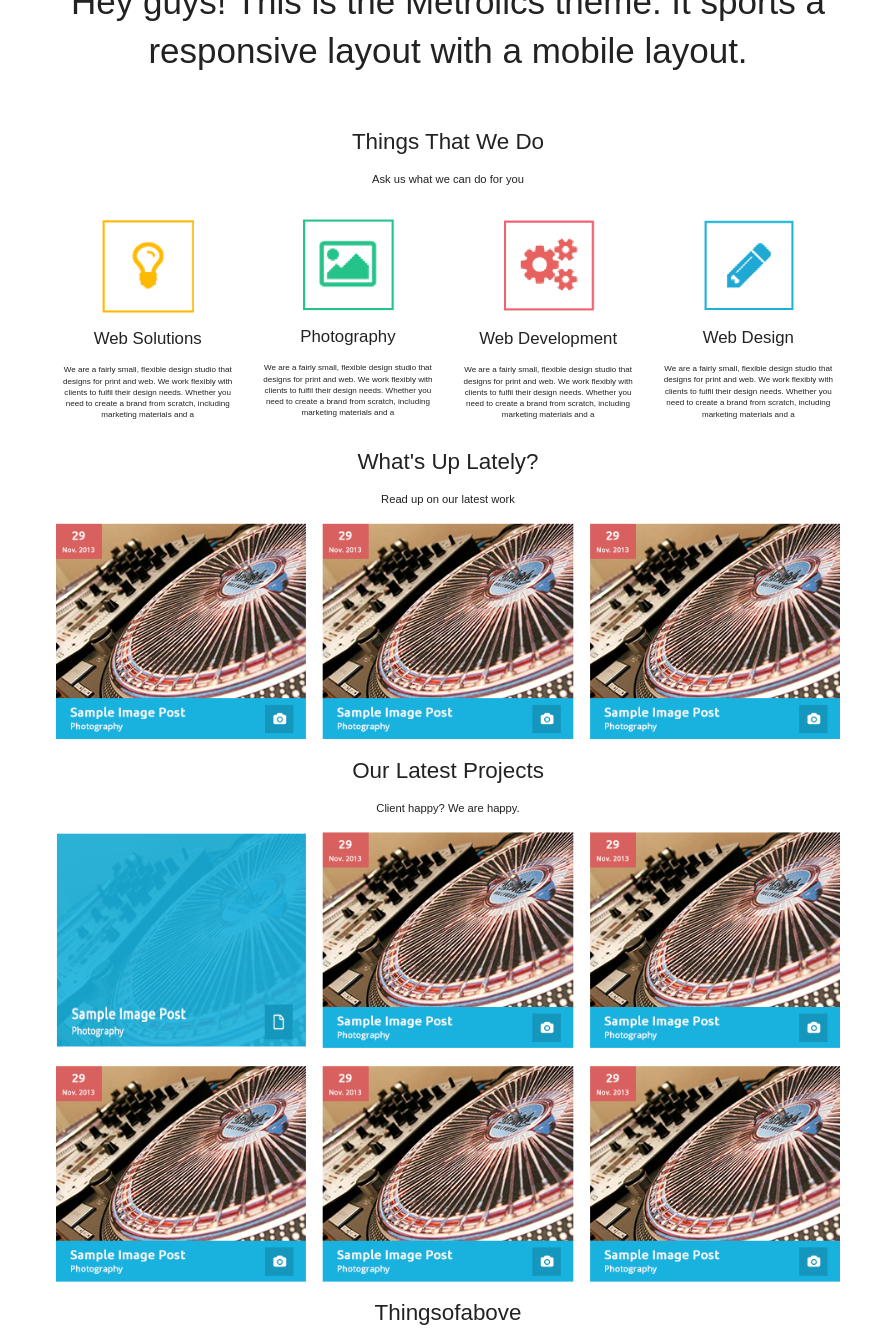
Repository: anoncoderin/madhu_kushal_html_layout
Page: metrosite_week4hw/index.html
The author's editor kept a copy of each file at every save. The page is drawn from the files as they stood at one save, then again after the next save.
The browser window is 1280 px wide. The pictures show the part of the page from y = 640 to 2560 px (the page is 3282 px tall), at 70% of full size.

Above is the page before, as saved 2023-02-04 17:47:46.

After the next save:
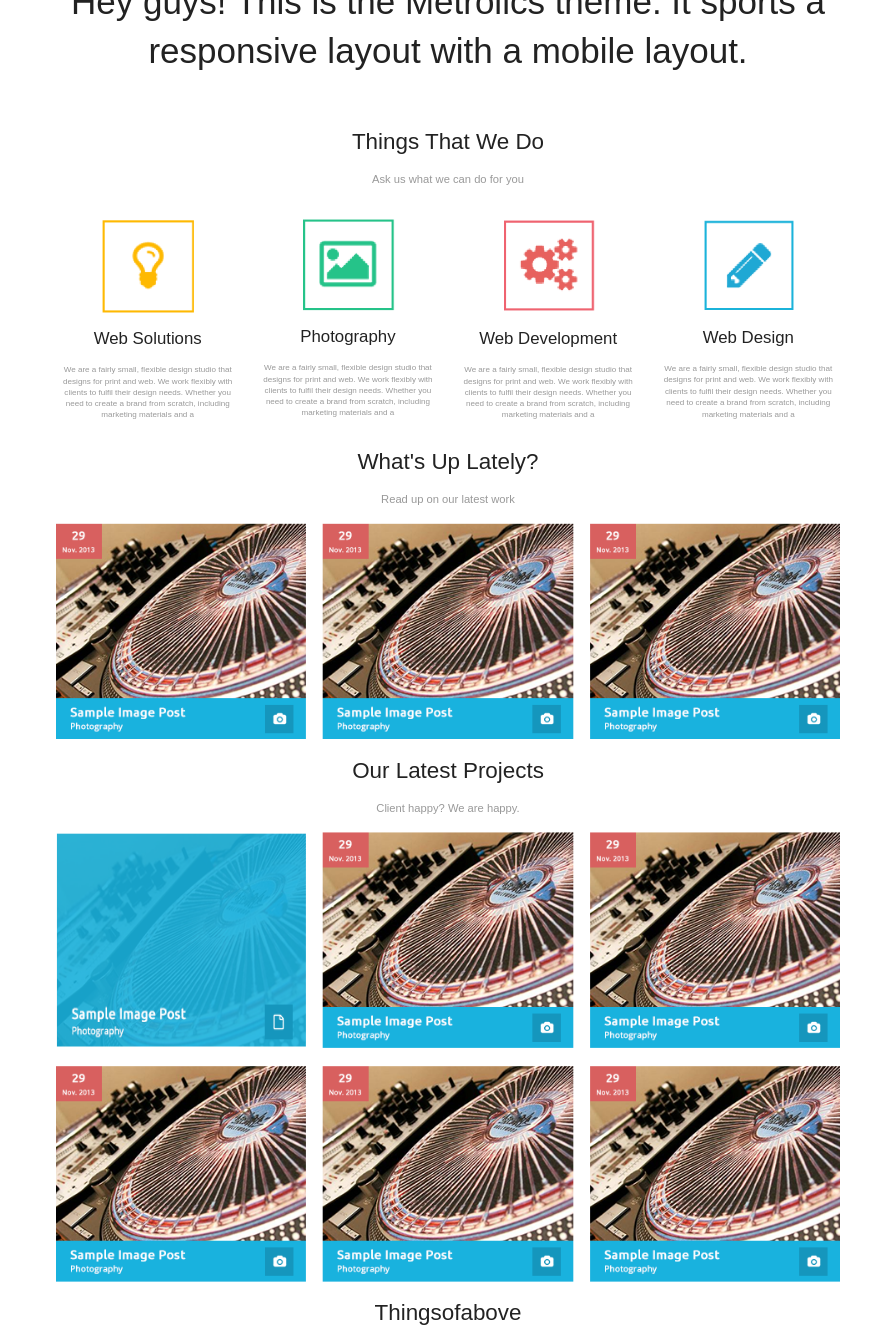
Saved 27 s later.
--- a/metrosite_week4hw/css/main.css
+++ b/metrosite_week4hw/css/main.css
@@ -174,6 +174,10 @@
   padding: 6rem;
 }
 
+h4{
+  color: #999;
+}
+
 
 
   /* Small only */
